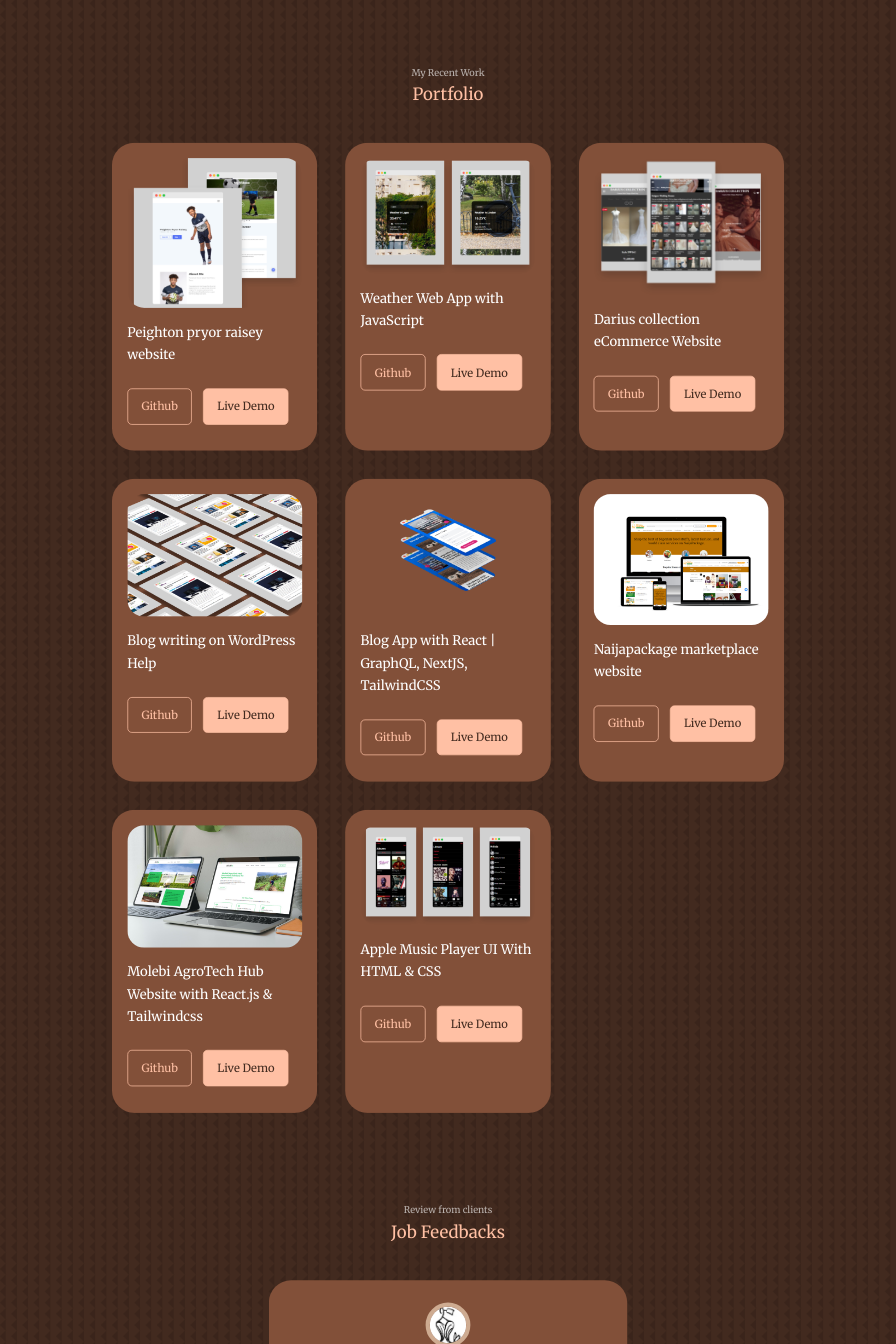
Repository: akinolapo/akinolapo-react
Page: /
An editor plug-in stored every save of this project. The page is shown before and after the next save, followed by the edit.
The browser window is 1280 px wide. The pictures show the part of the page from y = 2947 to 4867 px (the page is 6514 px tall), at 70% of full size.
The project was rebuilt for these pictures with package versions that can differ from the ones it lists, and the page was loaded fresh each time.

Above is the page before, as saved 2023-06-12 16:12:11.

### public/index.html
<!DOCTYPE html>
<html lang="en">

<head>
    <meta charset="UTF-8">
    <meta http-equiv="X-UA-Compatible" content="IE=edge">
    <meta name="viewport" content="width=device-width, initial-scale=1.0">
    <meta
      name="description"
      content="I am a Front-end Developer who has worked for several companies. I have developed websites for small businesses, large companies and individuals."
    />
    <meta name="p:domain_verify" content="1e6b47b5f0d710033c44561e0f1e8f04"/>
    <link rel="apple-touch-icon" sizes="180x180" href="%PUBLIC_URL%/assets/apple-touch-icon.png">
    <link rel="icon" type="image/png" sizes="32x32" href="%PUBLIC_URL%/assets/favicon-32x32.png">
    <link rel="icon" type="image/png" sizes="16x16" href="%PUBLIC_URL%/assets/favicon-16x16.png">
    <link rel="manifest" href="%PUBLIC_URL%/assets/site.webmanifest">
    <link rel="mask-icon" href="%PUBLIC_URL%/assets/safari-pinned-tab.svg" color="#5bbad5">
    <meta name="msapplication-TileColor" content="#da532c">
    <meta name="theme-color" content="#ffffff">
    <title>Peace Akinola || Frontend Developer || IT Support Specialist</title>
</head>

<body>
    <div id="root"></div>
</body>

</html>

### src/App.jsx
import React from 'react'
import Header from './components/header/header'
import Nav from './components/nav/nav'
import About from './components/about/about'
import Experience from './components/experience/experience'
import Services from './components/services/services'
import Portfolio from './components/portfolio/portfolio'
import Review from './components/review/review'
import Contact from './components/contact/contact'
import Footer from './components/footer/footer'

const App = () => {
  return (
    <>
    <Header/>
    <Nav/>
    <About/>
    <Experience/>
    <Services/>
    <Portfolio/>
    <Review/>
    <Contact/>
    <Footer/>
    </>
  )
}

export default App

### src/components/header/header.jsx
import React from 'react'
import './header.css'
import CTA from './CTA'
// import ME from '../../assets/me.png'
import HeaderSocials from './headersocials'

const header = () => {
  return (
    <header>
      <div className="container header__container">
        <h5>Hello I'm</h5>
        <h1>Peace Akinola</h1>
        <h5 className="text-light">Frontend Developer</h5>
        <CTA/>
        <HeaderSocials/>

        <div className="me">
          <img src={process.env.PUBLIC_URL+`assets/me.png`} alt='me'></img>
        </div>

        <a href='#contact' className='scroll__down'>Scroll Down</a>
      </div>
    </header>
  )
}

export default header

### src/components/nav/nav.jsx
import React from 'react'
import './nav.css'
import {AiOutlineHome, AiOutlineUser, AiOutlineBook, AiOutlineMessage} from 'react-icons/ai'
import {RiServiceLine} from 'react-icons/ri'
import {BiBriefcase} from 'react-icons/bi'
import { useState } from 'react'

const Nav = () => {
  const [activeNav, setActiveNav] = useState('#')
  return (
    <nav>
      <a href='#' onClick={() => setActiveNav('#')} className={activeNav === '#' ? 'active' : ''}><AiOutlineHome/></a>
      <a href='#about' onClick={() => setActiveNav('#about')}  className={activeNav === '#about' ? 'active' : ''}><AiOutlineUser/></a>
      <a href='#experience' onClick={() => setActiveNav('#experience')}  className={activeNav === '#experience' ? 'active' : ''}><AiOutlineBook/></a>
      <a href='#services' onClick={() => setActiveNav('#services')}  className={activeNav === '#services' ? 'active' : ''}><RiServiceLine/></a>
      <a href='#portfolio' onClick={() => setActiveNav('#portfolio')}  className={activeNav === '#portfolio' ? 'active' : ''}><BiBriefcase/></a>
      <a href='#contact' onClick={() => setActiveNav('#contact')}  className={activeNav === '#contact' ? 'active' : ''}><AiOutlineMessage/></a>
    </nav>
  )
}

export default Nav

### src/components/about/about.jsx
import React from 'react'
import './about.css'
// import ME from '../../../public/assets/me-about.JPG'
import{FaAward} from 'react-icons/fa'
import{FiUsers} from 'react-icons/fi'
import{VscFolderLibrary} from 'react-icons/vsc'

const about = () => {
  return (
    <section id='about'>
      <h5>Get To Know</h5>
      <h2>About Me</h2>

      <div className="container about__container">
        <div className="about__me">
          <div className="about__me-img">
            <img src={process.env.PUBLIC_URL+`assets/me-about.JPG`} alt="Peace Akinola Working" />
          </div>
        </div>
        <div className="about__content">
          <div className="about__cards">
            <article className='about__card'>
              <FaAward className='about__icon'/>
              <h5>Experience</h5>
              <small>4+ Years Working</small>
            </article>

            <article className='about__card'>
              <FiUsers className='about__icon'/>
              <h5>Clients</h5>
              <small>20 + Worldwide</small>
            </article>

            <article className='about__card'>
              <VscFolderLibrary className='about__icon'/>
              <h5>Projects</h5>
              <small>50+ Completed</small>
            </article>
          </div>

          <p>
          Scrupulous web developer with over 4 years of front-end experience and admiration for responsive website design and a firm believer in the mobile-first approach.
          </p>
          <a href='#contact' className='btn btn-primary'>Let's Talk</a>
        </div>
      </div>
    </section>
  )
}

export default about

### src/components/portfolio/portfolio.jsx
import React from 'react'
import './portfolio.css'

// DATA ARRAY FOR PORTFOLIO DATA

const data =[
  {
  id: 1,
  image: process.env.PUBLIC_URL+`assets/portfolio1.png`,
  title: 'Peighton pryor raisey website',
  github: 'https://github.com/akinolapo',
  demo: 'https://p8on.net'
},
{
  id: 2,
  image: process.env.PUBLIC_URL+`assets/portfolio2.png`,
  title: 'Darius collection eCommerce Website',
  github: 'https://github.com/akinolapo',
  demo: 'https://www.dariuscordell.com'
},
{
  id: 3,
  image: process.env.PUBLIC_URL+`assets/portfolio3.png`,
  title: 'Blog App with React | GraphQL, NextJS, TailwindCSS',
  github: 'https://github.com/akinolapo/usefulhandles_blog',
  demo: 'https://wordpressvee.vercel.app'
},
{
  id: 4,
  image: process.env.PUBLIC_URL+`assets/portfolio4.png`,
  title: 'Blog writing on WordPress Help',
  github: 'https://github.com/akinolapo',
  demo: 'https://www.bookwebmaster.com'
},
{
  id: 5,
  image: process.env.PUBLIC_URL+`assets/portfolio5.png`,
  title: 'Weather Web App with JavaScript',
  github: 'https://github.com/akinolapo/cityWeatherApp',
  demo: 'https://weatherappforcities.netlify.app'
},
{
  id: 6,
  image: process.env.PUBLIC_URL+`assets/portfolio6.png`,
  title: 'Apple Music Player UI With HTML & CSS',
  github: 'https://github.com/akinolapo/ios-music-player',
  demo: 'https://ios-music-player.netlify.app/'
},
{
  id: 7,
  image: process.env.PUBLIC_URL+`assets/portfolio7.jpg`,
  title: 'Molebi AgroTech Hub Website with React.js & Tailwindcss',
  github: 'https://github.com/akinolapo/agric-tech',
  demo: 'https://molebi-agrotech-hub.pages.dev'
},
{
  id: 8,
  image: process.env.PUBLIC_URL+`assets/portfolio8.jpg`,
  title: 'Naijapackage marketplace website',
  github: 'https://github.com/akinolapo/ios-music-player',
  demo: 'https://ios-music-player.netlify.app/'
}
];

const shuffleArray = (array) => {
  const newArray = [...array];
  for (let i = newArray.length - 1; i > 0; i--) {
    const j = Math.floor(Math.random() * (i + 1));
    [newArray[i], newArray[j]] = [newArray[j], newArray[i]];
  }
  return newArray;
};

const portfolio = () => {
  const shuffledData = shuffleArray(data);
  return (
    <section id='portfolio'>
      <h5>My Recent Work</h5>
      <h2>Portfolio</h2>

      <div className="container portfolio__container">
       {
         shuffledData.map(({id, image, title, github, demo})=>{
           return (
            <article key={id} className='portfolio__item'>
            <div className="portfolio__item-image">
              <img src={image} alt={title}></img>
            </div>
            <h3>{title}</h3>
            <div className="portfolio__item-cta">
            <a href={github} rel="noreferrer" target='_blank' className='btn'>Github</a>
            <a href={demo} rel="noreferrer" target='_blank' className='btn btn btn-primary'>Live Demo</a>
            </div>
          </article>
           )
         })
       }
      </div>
    </section>
  )
}

export default portfolio

### src/components/footer/footer.jsx
import React from 'react'
import './footer.css'
import {FaFacebookF} from 'react-icons/fa'
import {FiInstagram} from 'react-icons/fi'
import {IoLogoTwitter} from 'react-icons/io'
import {FaPinterestP} from 'react-icons/fa'

const footer = () => {
  return (
    <footer>
        <a href='#' className='footer__logo'>Akinolapo</a>

        <ul className='permalinks'>
            <li><a href='#'>Home</a></li>
            <li><a href='#about'>About</a></li>
            <li><a href='#experience'>Experience</a></li>
            <li><a href='#services'>Services</a></li>
            <li><a href='#portfolio'>Portfolio</a></li>
            <li><a href='#review'>Reviews</a></li>
            <li><a href='#contact'>Contact</a></li>
        </ul>

        <div className="footer__socials">
        <a href='https://facebook.com/akinolapo.wp' target= "_blank" rel="noreferrer"><FaFacebookF/></a>
        <a href='https://instagram.com/akinolapo' target= "_blank" rel="noreferrer"><FiInstagram/></a>
        <a href='https://twitter.com/poakinola' target= "_blank" rel="noreferrer"><IoLogoTwitter/></a>
        <a href='https://www.pinterest.com/akinolapo' target= "_blank" rel="noreferrer"><FaPinterestP/></a>
        </div>

        <div className="footer__copyright">
            <small>&copy; Akinolapo. All rights reserved.</small>
        </div>
    </footer>
  )
}

export default footer

### src/components/header/header.css
header{
    height: 100vh;
    padding-top: 7rem;
    overflow: hidden;
}

.header__container{
    text-align: center;
    height: 100%;
    position: relative;
}

/*======================== CTA ========================*/
.cta{
    margin-top: 2.5rem;
    display: flex;
    gap: 1.2rem;
    justify-content: center;
}

/*======================== HEADER SOCIALS ========================*/
.header__socials{
    display: flex;
    flex-direction: column;
    align-items: center;
    gap: 0.8rem;
    position: absolute;
    left: 0;
    bottom: 3rem;
}

.header__socials::after{
    content: '';
    width: 1px;
    height: 2rem;
    background: var(--color-primary);
}

/*======================== ME ========================*/
.me{
    background: linear-gradient(var(--color-primary), transparent);
    width: 22rem;
    height: 30rem;
    position: absolute;
    left: calc(50% - 11rem);
    margin-top: 4rem;
    border-radius: 12rem 12rem 0 0;
    overflow: hidden;
    padding: 2rem 1.5rem 1.5rem 1.5rem;
}

/*======================== SCROLL DOWN ========================*/
.scroll__down{
    position: absolute;
    right: 2.3rem;
    bottom: 2.3rem;
    transform: rotate(90deg);
    font-weight: 200;
    font-size: 0.9rem;
}

/*======================== MEDIA QUERIES (TABLET DEVICES) ========================*/
@media screen and (max-width: 1024px) {
    header{
        height: 68vh;
    }
}

/*======================== MEDIA QUERIES (MOBILE DEVICES) ========================*/
@media screen and (max-width: 600px) {
   header{
       height: 100vh;
   }

   .header__socials, .scroll__down{
       display: none;
   }
}

### src/components/header/CTA.jsx
import React from 'react'
// import Resume from '../../assets/cv.pdf'

const CTA = () => {
  return (
    <div className='cta'>
        <a href= {process.env.PUBLIC_URL+`assets/cv.pdf`} download className='btn'>Download CV</a>
        <a href='#contact' className='btn btn-primary'>Let's Talk</a>
    </div>
  )
}

export default CTA

### src/components/header/headersocials.jsx
import React from 'react'
import {BsLinkedin} from 'react-icons/bs'
import {FaGithubAlt} from 'react-icons/fa'
import {FiDribbble} from 'react-icons/fi'

const headersocials = () => {
  return (
    <div className='header__socials'>
      <a href='https://www.linkedin.com/in/akinolapo' target= "new"><BsLinkedin/></a>
      <a href='https://github.com/akinolapo' target= "new"><FaGithubAlt/></a>
      <a href='https://twitter.com/poakinola' target= "new"><FiDribbble/></a>
    </div>
  )
}

export default headersocials

### src/components/nav/nav.css
nav{
    background: rgba(0,0,0,0.3);
    width: max-content;
    display: block;
    padding: 0.7rem 1.7rem;
    z-index: 2;
    position: fixed;
    left: 50%;
    transform: translate(-50%);
    bottom: 2rem;
    display: flex;
    gap: 0.8 rem;
    border-radius: 3rem;
    backdrop-filter: blur(15px);
}

nav a{
    background: transparent;
    padding: 0.8rem;
    border-radius: 50%;
    display: flex;
    color: var(--color-light);
    font-size: 1.1rem;
}

nav a:hover{
    background: rgab(0, 0, 0, 0.3);
}

nav a.active{
    background: var(--color-primary);
    color: var(--color-bg);
}

### src/components/experience/experience.css
.experience__container{
    display: grid;
    grid-template-columns: 1fr 1fr;
    gap: 2rem;
}

.experience__container > div {
    background: var(--color-bg-variant);
    padding: 2.4rem 5rem;
    border-radius: 2rem;
    border: 1px solid transparent;
    transition: var(--transition);
}

.experience__container > div:hover{
    border-color: var(--color-primary);
    background: transparent;
    color: var(--color-primary-variant);
    cursor: default;
}

.experience__container > div h3{
    text-align: center;
    margin-bottom: 2rem;
    color: var(--color-primary);
}

.experience__content{
    display: grid;
    grid-template-columns: 1fr 1fr;
    row-gap: 2rem;
}

.experience__details{
    display: flex;
    gap: 1rem;
}

.experience__details-icon{
    margin-top: 6px;
    color: var(--color-primary);
}

/*======================== MEDIA QUERIES (TABLET DEVICES) ========================*/
@media screen and (max-width: 1024px) {
    .experience__container{
        grid-template-columns: 1fr;
    }
    .experience__container >div {
        width: 80%;
        padding: 2rem;
        margin: 0 auto;
    }
    .experience__content{
        padding: 1rem;
    }

}

/*======================== MEDIA QUERIES (MOBILE DEVICES) ========================*/
@media screen and (max-width: 600px) {
  .experience__container{
      gap: 1rem;
  }

  .experience__container > div{
      width: 100%;
      padding: 2rem 1rem;
  }
}

### src/components/services/services.css
.services__container{
    display: grid;
    grid-template-columns: repeat(3, 1fr);
    gap: 3rem;
}

.service{
    background: var(--color-bg-variant);
    border-radius: 0 0 2rem 2rem;
    border:  1px solid var(--color-primary);
    height: fit-content;
    transition: var(--transition);
}

.service:hover{
    background: transparent;
    border-color: var(--color-primary-variant);
    cursor: default;
}

.service__head{
    background: var(--color-primary);
    padding: 2rem;
    border-radius: 0 0 2rem 2rem;
    box-shadow: 0 2rem 1rem rgba(0, 0, 0, 0.1);
}

.service__head h3{
    color: var(--color-bg);
    text-align: center;
}

.service__list{
    padding: 2rem;
}

.service__list li{
    display: flex;
    gap: 1rem;
    margin-bottom: 0.8rem;
}

.service__list-icon{
    color: var(--color-primary);
    margin-top: 2px;
}

.service__list p{
    font-size: 0.9rem;
}


/*======================== MEDIA QUERIES (TABLET DEVICES) ========================*/
@media screen and (max-width: 1024px) {
    .services__container{
        grid-template-columns: 1fr 1fr;
        gap: 2rem;
    }

    .service{
        height: auto;
    }
  }


/*======================== MEDIA QUERIES (MOBILE DEVICES) ========================*/
@media screen and (max-width: 600px) {
    .services__container{
        grid-template-columns: 1fr;
        gap: 1.5rem;
    }
  }

### src/components/portfolio/portfolio.css
.portfolio__container{
    display: grid;
    grid-template-columns: repeat(3, 1fr);
    gap: 2.5rem;
}

.portfolio__item{
    background: var(--color-bg-variant);
    padding: 1.3rem;
    border-radius: 2rem;
    border: 1px solid transparent;
    transition: var(--transition);
}

.portfolio__item:hover{
    border-color: var(--color-primary-variant);
    background: transparent;
}

.portfolio__item-image{
    border-radius: 1.5rem;
    overflow: hidden;
}

.portfolio__item h3{
    margin: 1.2rem 0 2rem;
}

.portfolio__item-cta{
    display: flex;
    gap: 1rem;
    margin-bottom: 1rem;
}

/*======================== MEDIA QUERIES (TABLET DEVICES) ========================*/
@media screen and (max-width: 1024px) {
    .portfolio__container{
        grid-template-columns: 1fr 1fr;
        gap: 1.2rem;
    }
  }


/*======================== MEDIA QUERIES (MOBILE DEVICES) ========================*/
@media screen and (max-width: 600px) {
    .portfolio__container{
        grid-template-columns: 1fr;
        gap: 1rem;
    }
  }

### src/components/review/review.css
.container.review__container{
    width: 40%;
    padding-bottom: 4rem;
}

.client__avatar{
    width: 4rem;
    aspect-ratio: 1/1;
    overflow: hidden;
    border-radius: 50%;
    margin: 0 auto 1rem;
    border: 0.4rem solid var(--color-primary-variant);
}

.review{
    background: var(--color-bg-variant);
    text-align: center;
    padding: 2rem;
    border-radius: 2rem;
    user-select: none;
}

.client__review{
    color: var(--color-light);
    font-weight: 300;
    display: block;
    width: 80%;
    margin: 0.8rem auto 0;
}

.swiper-pagination-clickable .swiper-pagination-bullet{
    background: var(--color-primary);
}

/*======================== MEDIA QUERIES (TABLET DEVICES) ========================*/
@media screen and (max-width: 1024px) {
    .container.review__container{
       width: 60%;
   }
}

/*======================== MEDIA QUERIES (MOBILE DEVICES) ========================*/
@media screen and (max-width: 600px) {
    .container.review__container{
        width: var(--container-width-sm);
    }

    .client__review{
        width: var(--container-width-sm);
    }
}

### src/components/contact/contact.css
.container.contact__container{
    width: 58%;
    display: grid;
    grid-template-columns: 30% 50%;
    gap: 12rem;
}

.contact__options{
    display: flex;
    flex-direction: column;
    gap: 1.2rem;
}

.contact__option{
    background: var(--color-bg-variant);
    padding: 1.2rem;
    border-radius: 1.2rem;
    text-align: center;
    border: 1px solid transparent;
    transition: var(--transition);
}

.contact__option:hover {
    background: transparent;
    border-color: var(--color-primary-variant);
}

.contact__option-icon{
    font-size: 1.5rem;
    margin-bottom: 0.5rem;
}

.contact__option a{
    margin-top: .5rem;
    display: inline-block;
}

/*********************** FORM ***********************/
form{
    display: flex;
    flex-direction: column;
    gap: 1.2rem;
}

input, textarea{
    width: 100%;
    padding: 1.5rem;
    border-radius: 0.5rem;
    background: transparent;
    border: 2px solid var(--color-primary-variant);
    resize: none;
    color: var(--color-white);
}

/*======================== MEDIA QUERIES (TABLET DEVICES) ========================*/
@media screen and (max-width: 1024px) {
    .container.contact__container{
        grid-template-columns: 1fr;
        gap: 2rem;
    }
  }


/*======================== MEDIA QUERIES (MOBILE DEVICES) ========================*/
@media screen and (max-width: 600px) {
   .container.contact__container{
       grid-template-columns: 1fr;
       width: var(--container-width-sm);
   }
  }

### src/components/footer/footer.css
footer{
    background: var(--color-primary);
    padding: 3rem 0;
    text-align: center;
    font-size: .9rem;
    margin-top: 7rem;
}

footer a{
    color: var(--color-bg);
}

.footer__logo{
    font-size: 2rem;
    font-weight: 500;
    margin-bottom: 2rem;
    display: inline-block;
}

.permalinks{
    display: flex;
    flex-wrap: wrap;
    justify-content: center;
    gap: 2rem;
    margin: 0 auto 3rem;
    transition: var(--transition);
}

.footer__socials{
    display: flex;
    justify-content: center;
    gap: 1rem;
    margin-bottom: 4rem;
}

.footer__socials a{
    background: var(--color-bg);
    color: var(--color-white);
    padding: 0.8rem;
    border-radius: 0.7rem;
    display: flex;
    border: 1px solid transparent;
    transition: var(--transition);
}

.footer__socials a:hover{
    background: transparent;
    color: var(--color-bg);
    border-color: var(--color-bg);
}

.footer__copyright{
    margin-bottom: 4rem;
    color: var(--color-bg);
}

/*======================== MEDIA QUERIES (MOBILE DEVICES) ========================*/
@media screen and (max-width: 600px) {
    .permalinks{
        flex-direction: column;
        gap: 1.5rem;
    }

    .footer__socials{
        margin-bottom: 2.6rem;
    }
   }

Loaded but not shown: src/index.js (5 lines, source omitted); src/components/experience/experience.jsx (122 lines, source omitted); src/components/services/services.jsx (110 lines, source omitted); src/components/review/review.jsx (70 lines, source omitted); src/index.css (138 lines, source omitted); src/components/contact/contact.jsx (59 lines, source omitted); src/components/about/about.css (111 lines, source omitted)

After the next save:
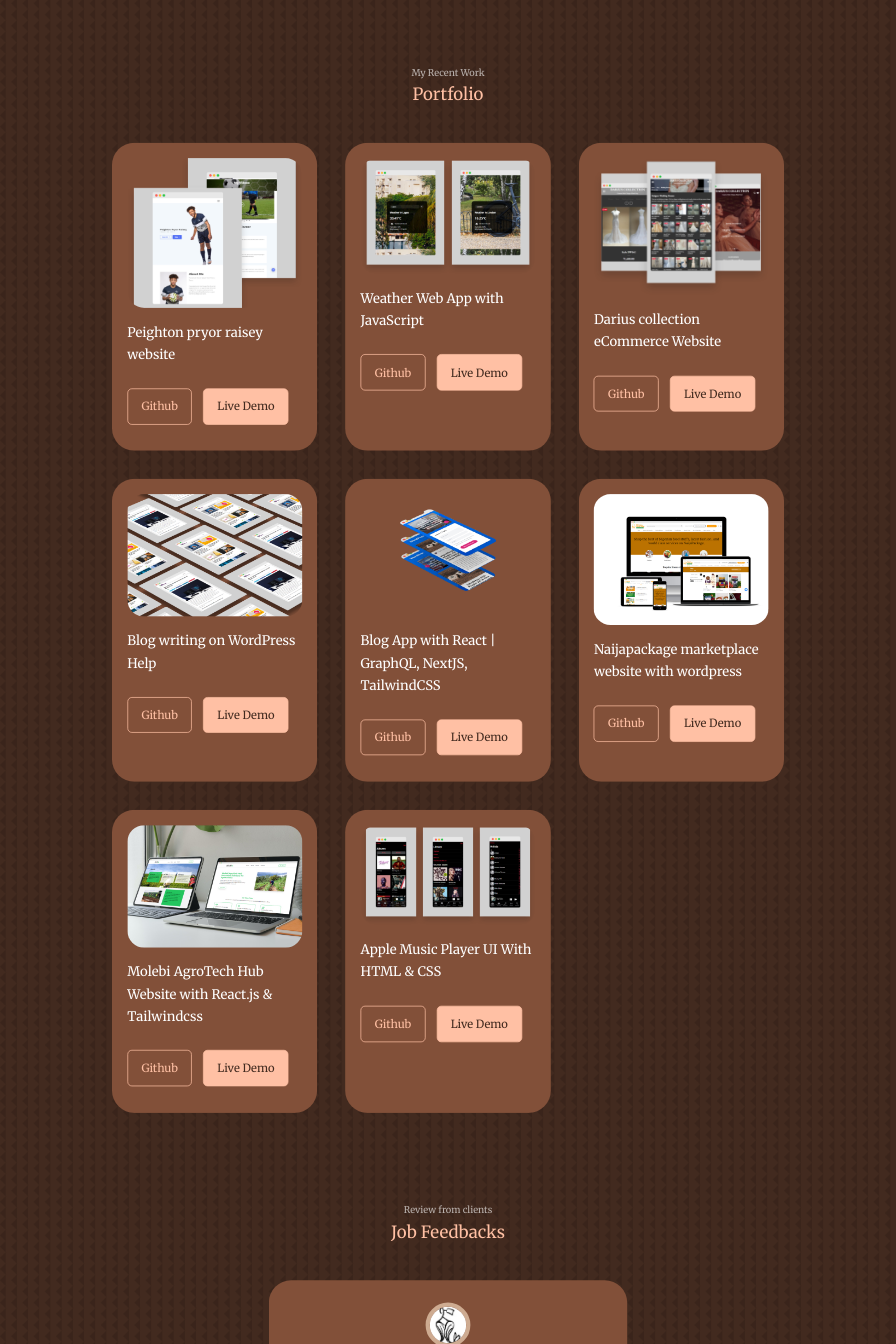
Saved 4 s later.
--- a/src/components/portfolio/portfolio.jsx
+++ b/src/components/portfolio/portfolio.jsx
@@ -56,7 +56,7 @@
 {
   id: 8,
   image: process.env.PUBLIC_URL+`assets/portfolio8.jpg`,
-  title: 'Naijapackage marketplace website',
+  title: 'Naijapackage marketplace website with wordpress',
   github: 'https://github.com/akinolapo/ios-music-player',
   demo: 'https://ios-music-player.netlify.app/'
 }
